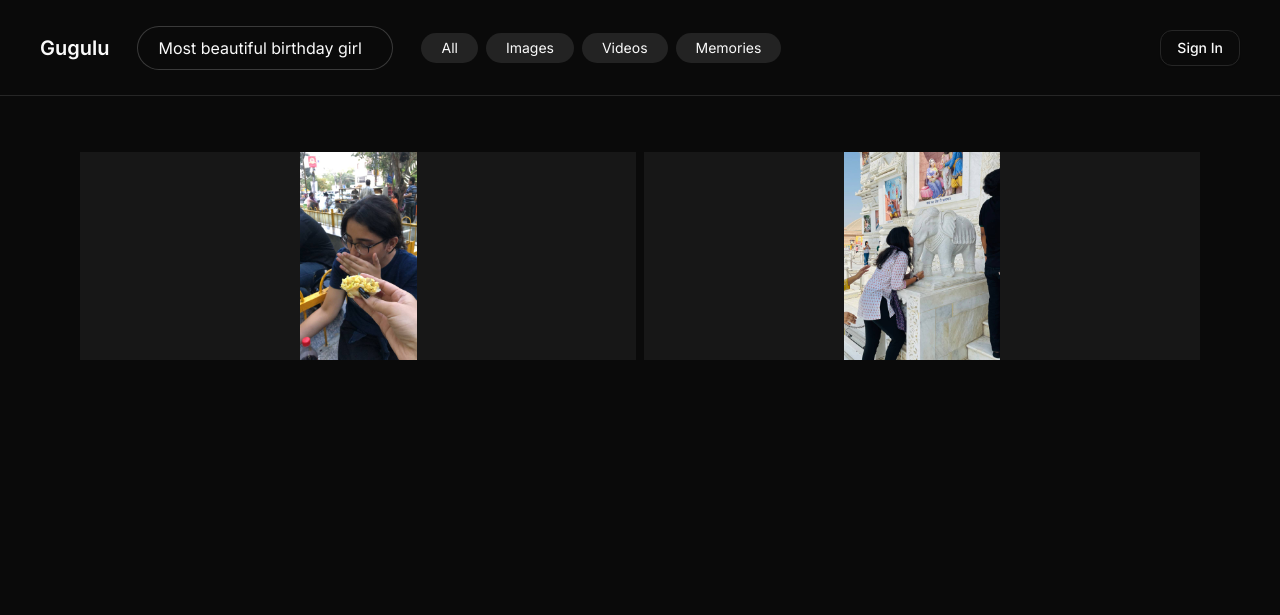
Repository: Harshgoel17/anshfinal
Page: /srishti/images
The author's editor kept a copy of each file at every save. The page is drawn from the files as they stood at one save, then again after the next save.
The browser window is 1280 px wide. The pictures show the whole page.
The project was rebuilt for these pictures with package versions that can differ from the ones it lists, and the page was loaded fresh each time. The framework's server and built-in components were replaced by stand-ins that run in the browser. Also part of the build but not shown: next.config.js.

Above is the page before, as saved 2023-10-06 16:42:45.

### app/layout.js
import "./globals.css";
import { Inter } from "next/font/google";

const inter = Inter({ subsets: ["latin"] });

export const metadata = {
  title: "Gugulu",
  description: "Generated by create next app",
};

export default function RootLayout({ children }) {
  return (
    <html lang="en">
      <body className={inter.className}>{children}</body>
    </html>
  );
}

### app/srishti/images/page.jsx
import Navbar from '@/components/Navbar'
import React from 'react'

const page = () => {
  return (
    <div>
        <Navbar />

        <div className='py-14 px-20 flex w-full gap-2'>
            <span className='bg-neutral-900 w-full min-h-32 max-h-52 overflow-hidden flex items-center justify-center'>
                <img src="/images/1.jpg" alt="" className='max-h-52'/>
            </span>

            <span className='bg-neutral-900 w-full min-h-32 max-h-52 overflow-hidden flex items-center justify-center'>
                <img src="/images/2.jpg" alt="" className='max-h-52'/>
            </span>

        </div>
    </div>
  )
}

export default page

### app/globals.css
@tailwind base;
@tailwind components;
@tailwind utilities;

@layer base {
  :root {
    --background: 0 0% 3.9%;
    --foreground: 0 0% 98%;

    --card: 0 0% 3.9%;
    --card-foreground: 0 0% 98%;

    --popover: 0 0% 3.9%;
    --popover-foreground: 0 0% 98%;

    --primary: 0 0% 98%;
    --primary-foreground: 0 0% 9%;

    --secondary: 0 0% 14.9%;
    --secondary-foreground: 0 0% 98%;

    --muted: 0 0% 14.9%;
    --muted-foreground: 0 0% 63.9%;

    --accent: 0 0% 14.9%;
    --accent-foreground: 0 0% 98%;

    --destructive: 0 62.8% 30.6%;
    --destructive-foreground: 0 0% 98%;

    --border: 0 0% 14.9%;
    --input: 0 0% 14.9%;
    --ring: 0 0% 83.1%;
  }

  .dark {
    --background: 0 0% 3.9%;
    --foreground: 0 0% 98%;

    --card: 0 0% 3.9%;
    --card-foreground: 0 0% 98%;

    --popover: 0 0% 3.9%;
    --popover-foreground: 0 0% 98%;

    --primary: 0 0% 98%;
    --primary-foreground: 0 0% 9%;

    --secondary: 0 0% 14.9%;
    --secondary-foreground: 0 0% 98%;

    --muted: 0 0% 14.9%;
    --muted-foreground: 0 0% 63.9%;

    --accent: 0 0% 14.9%;
    --accent-foreground: 0 0% 98%;

    --destructive: 0 62.8% 30.6%;
    --destructive-foreground: 0 0% 98%;

    --border: 0 0% 14.9%;
    --input: 0 0% 14.9%;
    --ring: 0 0% 83.1%;
  }
}

@layer base {
  * {
    @apply border-border;
  }
  body {
    @apply bg-background text-foreground;
  }
}

### components/Navbar.jsx
import React from 'react'
import { Button } from "@/components/ui/button";

const Navbar = () => {
  return (
    <div className='flex h-24 w-screen items-center justify-between border-b px-10'>
        <div className='flex gap-7 items-center'>
            <h1 className='text-xl font-semibold'>Gugulu</h1>
            <input type="text" className="bg-background border border-foreground/20 rounded-full h-11 w-[20vw] px-5" value={'Most beautiful birthday girl'}/>

            <div className='flex items-center justify-center gap-2 text-sm'>
                <a href='/srishti' className='rounded-full bg-foreground/10 px-5 py-[5px] cursor-pointer'>All</a>
                <a href='/srisht/images' className='rounded-full bg-foreground/10 px-5 py-[5px] cursor-pointer'>Images</a>
                <a href='/srishti/videos' className='rounded-full bg-foreground/10 px-5 py-[5px] cursor-pointer'>Videos</a>
                <a href='/srishti/memories' className='rounded-full bg-foreground/10 px-5 py-[5px] cursor-pointer'>Memories</a>
            </div>
        </div>
        <div className='flex items-center gap-6'>
            <Button variant="outline" className="rounded-xl" >Sign In</Button>
        </div>
    </div>
  )
}

export default Navbar

### components/ui/button.jsx
import * as React from "react"
import { Slot } from "@radix-ui/react-slot"
import { cva } from "class-variance-authority";

import { cn } from "@/lib/utils"

const buttonVariants = cva(
  "inline-flex items-center justify-center rounded-md text-sm font-medium transition-colors focus-visible:outline-none focus-visible:ring-1 focus-visible:ring-ring disabled:pointer-events-none disabled:opacity-50",
  {
    variants: {
      variant: {
        default:
          "bg-primary text-primary-foreground shadow hover:bg-primary/90",
        destructive:
          "bg-destructive text-destructive-foreground shadow-sm hover:bg-destructive/90",
        outline:
          "border border-input bg-transparent shadow-sm hover:bg-accent hover:text-accent-foreground",
        secondary:
          "bg-secondary text-secondary-foreground shadow-sm hover:bg-secondary/80",
        ghost: "hover:bg-accent hover:text-accent-foreground",
        link: "text-primary underline-offset-4 hover:underline",
      },
      size: {
        default: "h-9 px-4 py-2",
        sm: "h-8 rounded-md px-3 text-xs",
        lg: "h-10 rounded-md px-8",
        icon: "h-9 w-9",
      },
    },
    defaultVariants: {
      variant: "default",
      size: "default",
    },
  }
)

const Button = React.forwardRef(({ className, variant, size, asChild = false, ...props }, ref) => {
  const Comp = asChild ? Slot : "button"
  return (
    (<Comp
      className={cn(buttonVariants({ variant, size, className }))}
      ref={ref}
      {...props} />)
  );
})
Button.displayName = "Button"

export { Button, buttonVariants }

Loaded but not shown: lib/utils.js (common file); tailwind.config.js (common file)

After the next save:
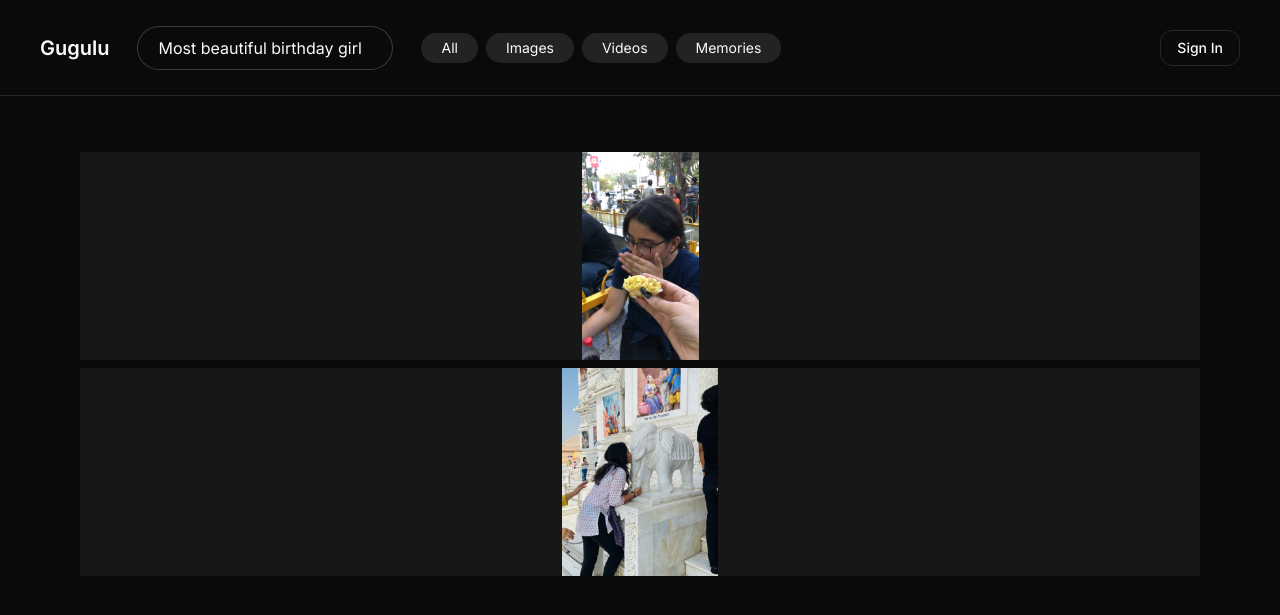
Saved 8 s later.
--- a/app/srishti/images/page.jsx
+++ b/app/srishti/images/page.jsx
@@ -6,7 +6,7 @@
     <div>
         <Navbar />
 
-        <div className='py-14 px-20 flex w-full gap-2'>
+        <div className='py-14 px-20 flex flex-wrap w-full gap-2'>
             <span className='bg-neutral-900 w-full min-h-32 max-h-52 overflow-hidden flex items-center justify-center'>
                 <img src="/images/1.jpg" alt="" className='max-h-52'/>
             </span>

After the save that followed:
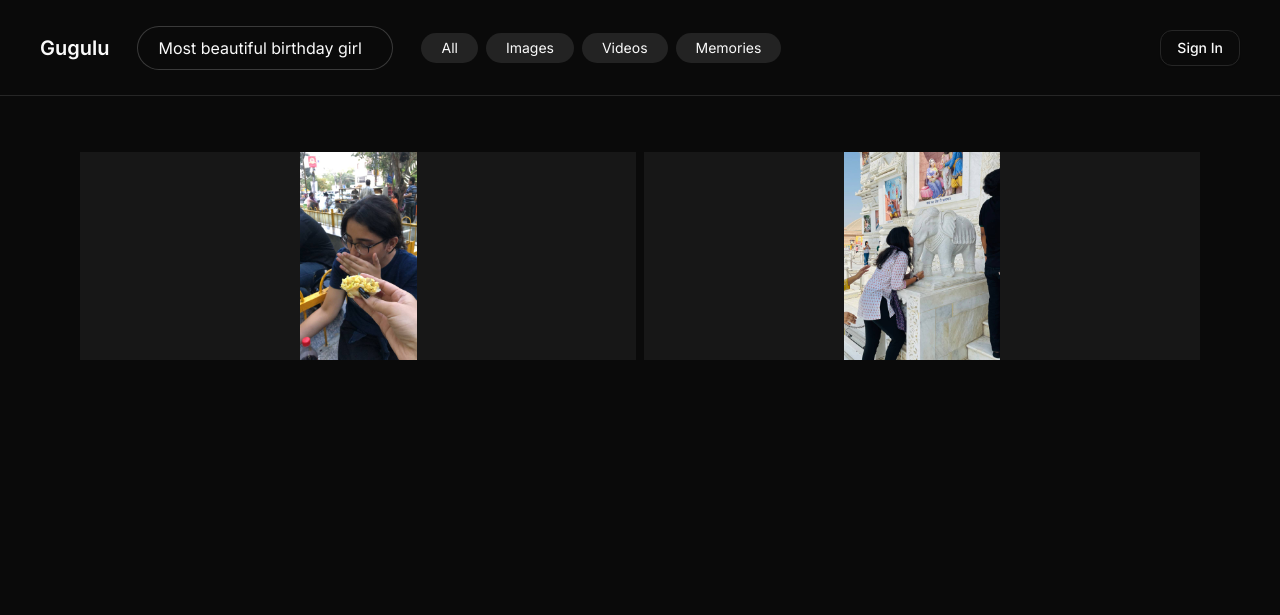
Saved 14 s later.
--- a/app/srishti/images/page.jsx
+++ b/app/srishti/images/page.jsx
@@ -6,7 +6,7 @@
     <div>
         <Navbar />
 
-        <div className='py-14 px-20 flex flex-wrap w-full gap-2'>
+        <div className='py-14 px-20 flex  w-full gap-2'>
             <span className='bg-neutral-900 w-full min-h-32 max-h-52 overflow-hidden flex items-center justify-center'>
                 <img src="/images/1.jpg" alt="" className='max-h-52'/>
             </span>
